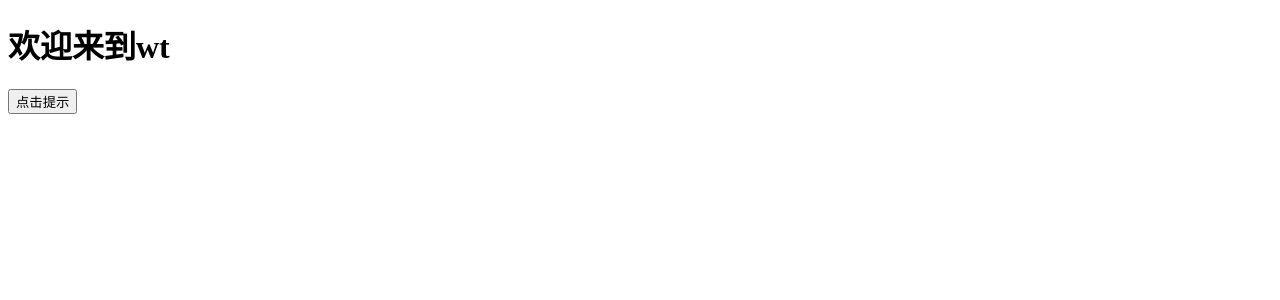
Repository: reggiepy/vueLeaning
Page: 07 事件处理/2 事件修饰符.html
The author's editor kept a copy of each file at every save. The page is drawn from the files as they stood at one save, then again after the next save.
The browser window is 1280 px wide. The pictures show the whole page.

Above is the page before, as saved 2021-12-05 18:05:20.

### 07 事件处理/2 事件修饰符.html
<!DOCTYPE html>
<html lang="en">
<head>
    <meta charset="UTF-8">
    <meta http-equiv="X-UA-Compatible" content="IE=edge">
    <meta name="viewport" content="width=device-width, initial-scale=1.0">
    <title>事件修饰符</title>
    <script type="text/javascript" src="../js/vue.js"></script>
</head>
<body>
    <div id="root">
        <h1>欢迎来到{{name}}</h1>
        <button v-on:click="showInfo">点击提示</button>
    </div>
</body>
<script>
    Vue.config.productionTip = false;
    const vm = new Vue({
        el: "#root",
        data: {
            name: "wt"
       },
       methods: {
           showInfo(event){
            //    console.log(this) // 这里的this == vm
            //    console.log(this == vm)
            //    console.log(event.target.innerText)
           }
       }
    })
</script>
</html>

Loaded but not shown: js/vue.js (library)

After the next save:
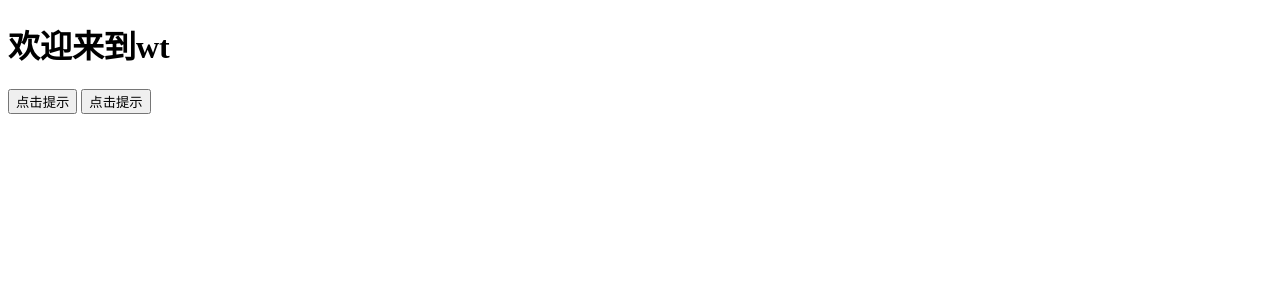
Saved 4 min 27 s later.
--- a/07 事件处理/2 事件修饰符.html
+++ b/07 事件处理/2 事件修饰符.html
@@ -10,7 +10,8 @@
 <body>
     <div id="root">
         <h1>欢迎来到{{name}}</h1>
-        <button v-on:click="showInfo">点击提示</button>
+        <button v-on:click="showInfo1">点击提示</button>
+        <button v-on:click="showInfo2">点击提示</button>
     </div>
 </body>
 <script>
@@ -21,10 +22,13 @@
             name: "wt"
        },
        methods: {
-           showInfo(event){
+           showInfo1(event){
             //    console.log(this) // 这里的this == vm
             //    console.log(this == vm)
             //    console.log(event.target.innerText)
+           },
+           showInfo2(event){
+
            }
        }
     })
